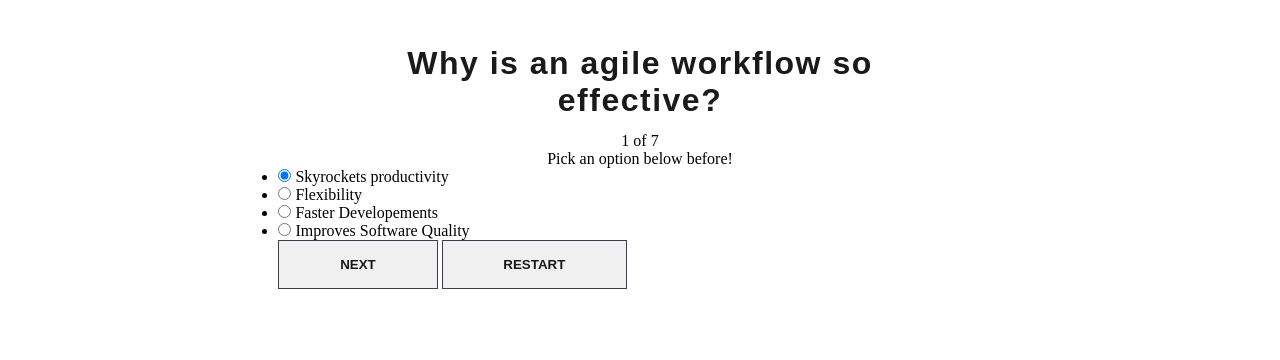
Repository: mukiSabljakovic/Quiz-APP
Page: index.html
An editor plug-in stored every save of this project. The page is shown before and after a run of saves, followed by the edit.
The browser window is 1280 px wide. The pictures show the whole page.
Some web fonts or font styles are not loaded; a fallback is used.

Above is the page before, as saved 2020-05-01 11:53:05.

After the next 7 saves:
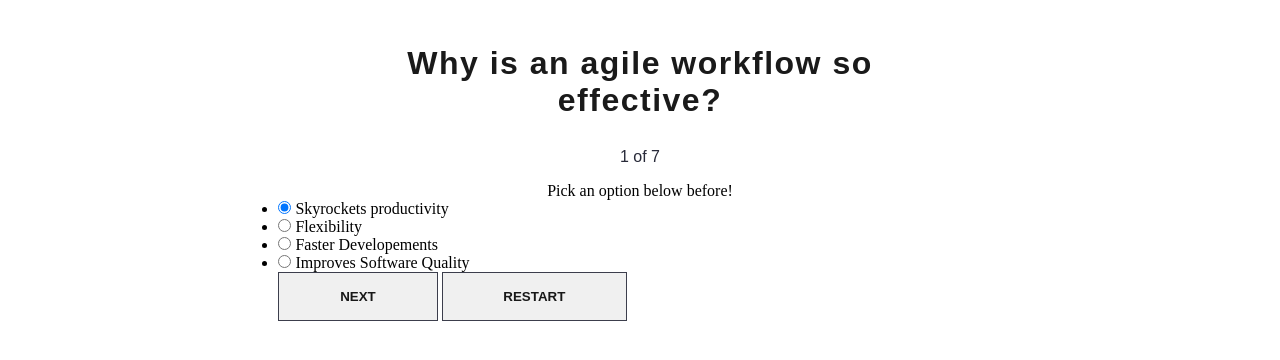
The 7 saves are shown as one change because they came seconds apart.
The last was saved 29 s later.
--- a/css/style.css
+++ b/css/style.css
@@ -62,7 +62,7 @@
     color: var(--main-font-color);
 }
 
-.jabqui__tracker {
+.jabquiz__tracker {
     font-family: var(--font-body-stack);
     color: var(--light-black);
     padding: 1rem;
